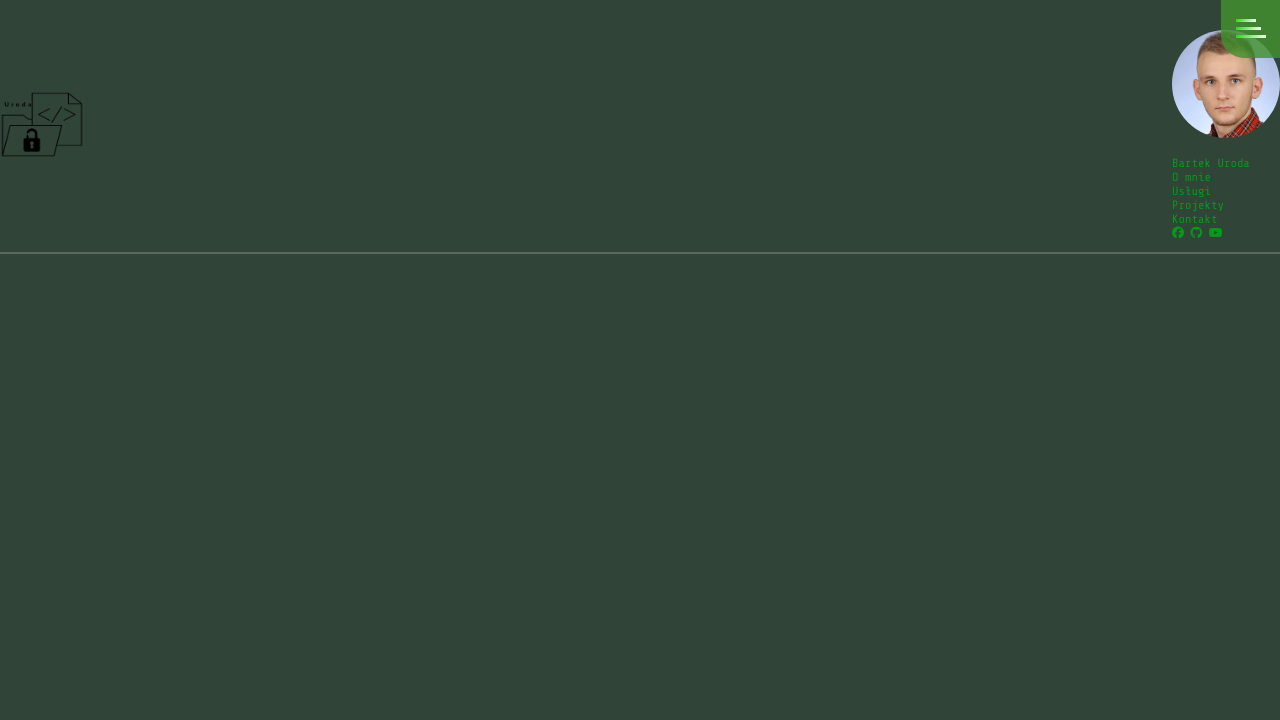
Repository: BartekUroda/portfolio
Page: index.html
The author's editor kept a copy of each file at every save. The page is drawn from the files as they stood at one save, then again after the next save.
The browser window is 1280 px wide. The pictures show the whole page.
Some web libraries are served in a nearby version.

Above is the page before, as saved 2020-10-26 21:33:54.

After the next save:
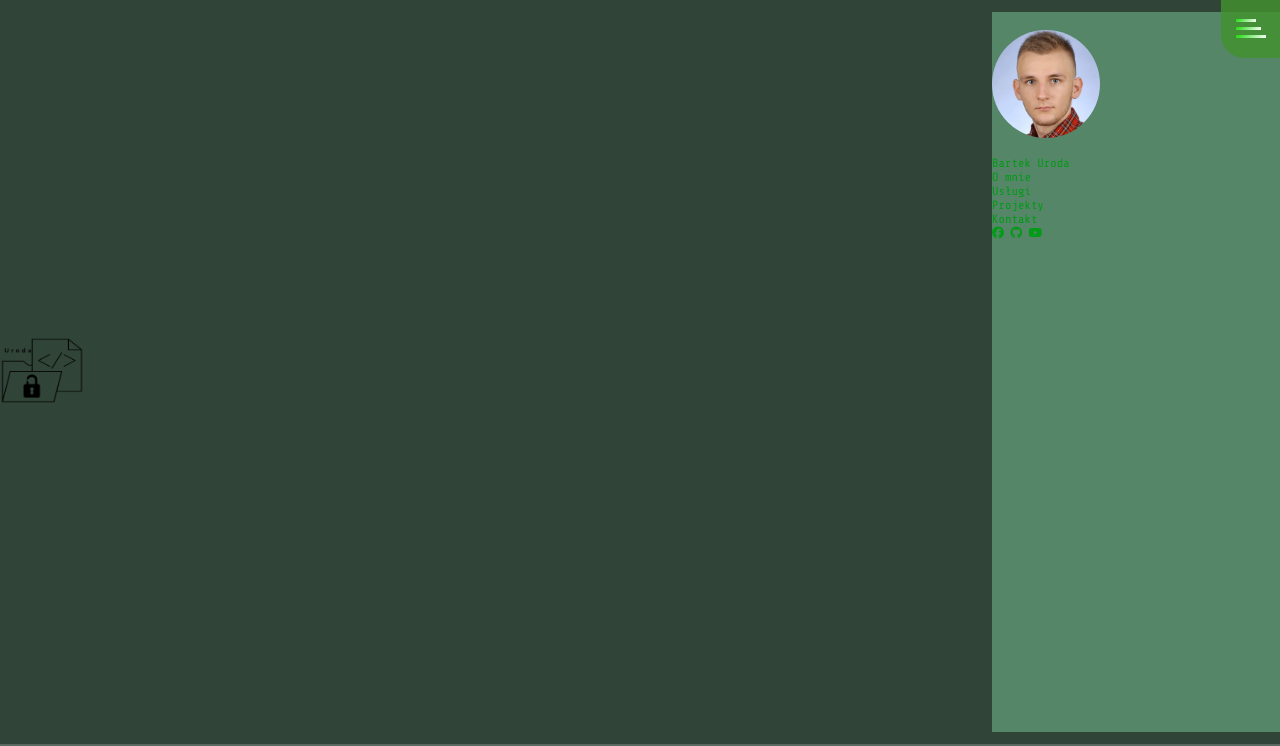
Saved 3 min 34 s later.
--- a/css/style.css
+++ b/css/style.css
@@ -109,3 +109,11 @@ nav {
     display: block;
     margin: 1.5rem 0;
 }
+.caption {
+    display: block;
+}
+.nav-list {
+    width: 24rem;
+    height: 100vh;
+    background-color:  rgb(85, 134, 103);
+}
